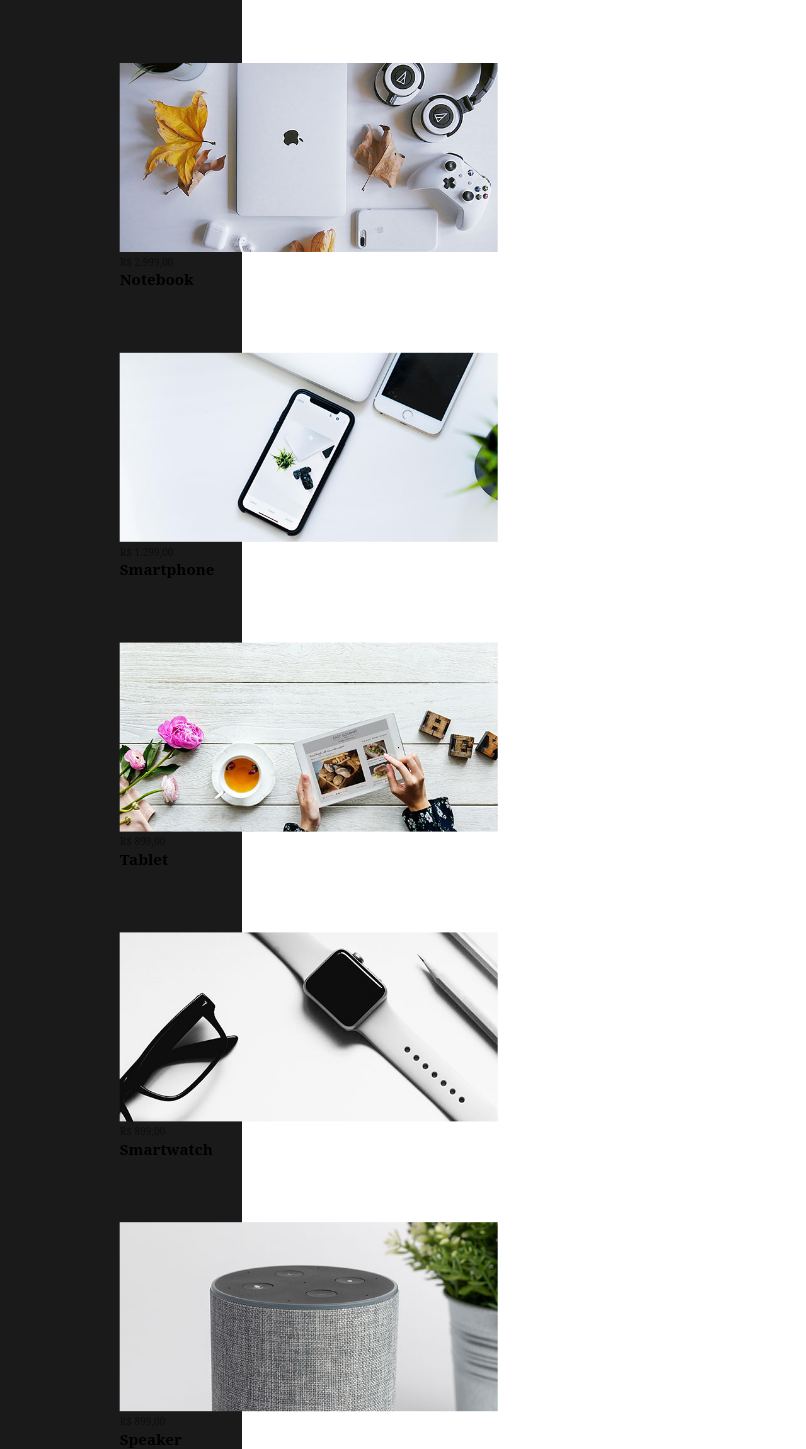
Repository: tomvieir/techno
Page: index.html
The author's editor kept a copy of each file at every save. The page is drawn from the files as they stood at one save, then again after a run of saves.
The browser window is 1280 px wide. The pictures show the whole page, at 63% of full size.

Above is the page before, as saved 2022-06-23 16:43:15.

After the next 3 saves:
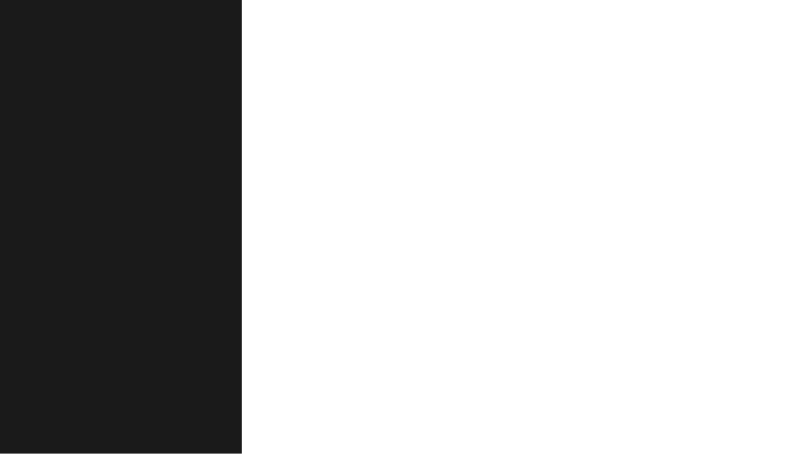
The 3 saves are shown as one change because they came seconds apart.
The last was saved 7 s later.
--- a/index.html
+++ b/index.html
@@ -12,7 +12,7 @@
   <div id="app">
 
     <section class="produtos">
-      <div class="produtos" v-for="item in produtos" :key="item.id" @click="">
+      <div class="produtos" v-for="item in produtos" :key="item.id" @click="fetchProoduto">
         <img :src="item.img" :alt="item.nome">
         <div >
           <span class="produto_preco">{{item.preco |  formatarPreco}}</span>

After the 2 saves that followed:
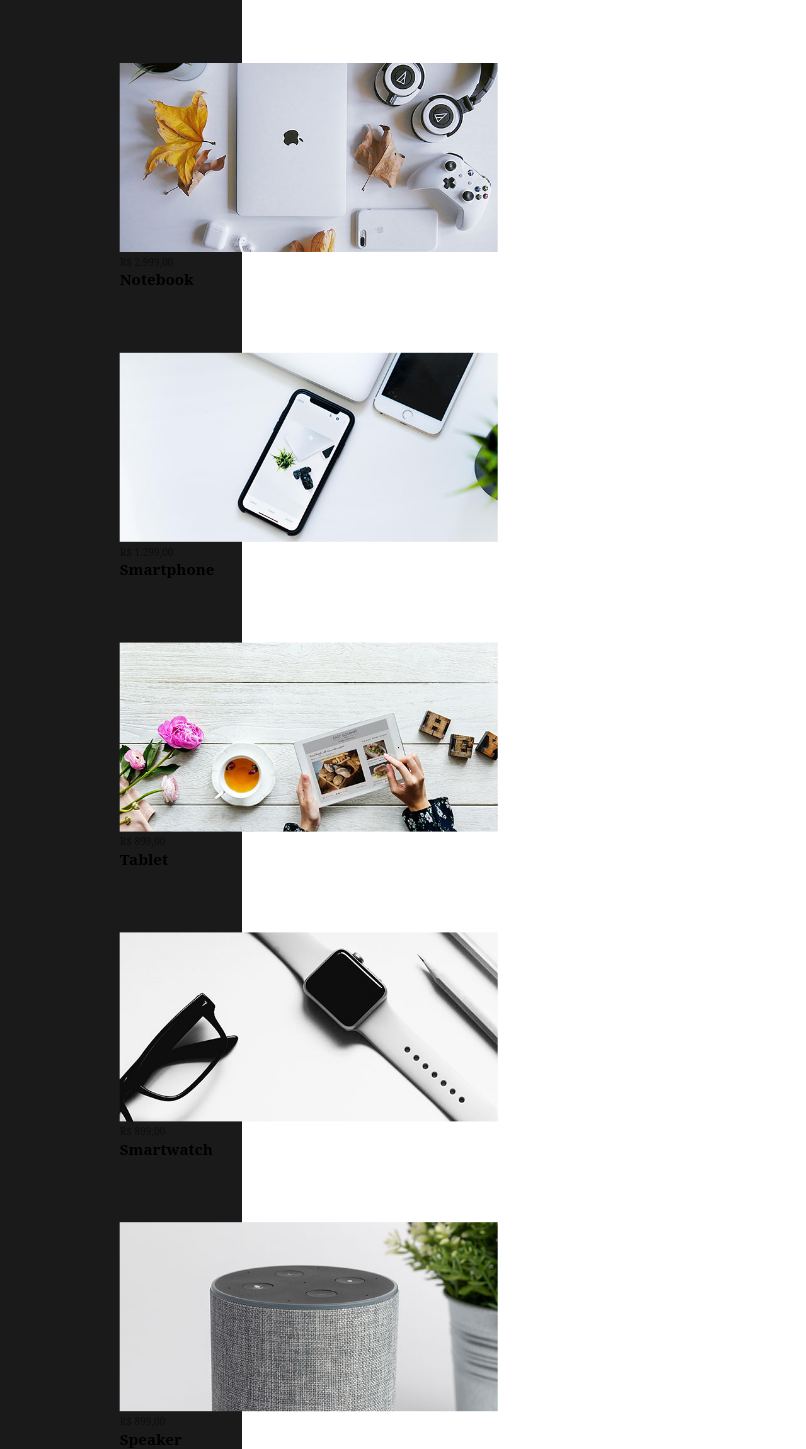
The 2 saves are shown as one change because they came seconds apart.
The last was saved 5 s later.
--- a/index.html
+++ b/index.html
@@ -12,7 +12,7 @@
   <div id="app">
 
     <section class="produtos">
-      <div class="produtos" v-for="item in produtos" :key="item.id" @click="fetchProoduto">
+      <div class="produtos" v-for="item in produtos" :key="item.id" @click="fetchProoduto()">
         <img :src="item.img" :alt="item.nome">
         <div >
           <span class="produto_preco">{{item.preco |  formatarPreco}}</span>
